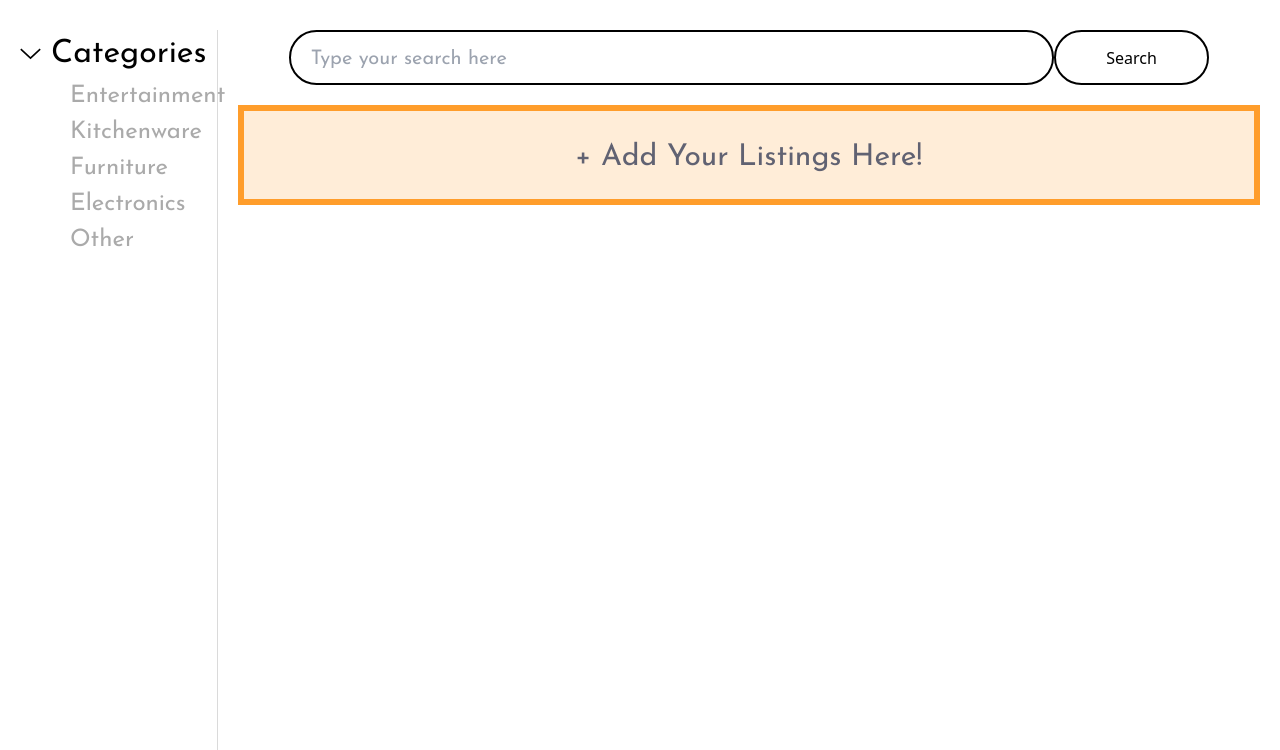
Repository: AdwaitSri/Kingston-Marketplace
Page: /listings (app in qhacks-24/)
An editor plug-in stored every save of this project. The page is shown before and after the next save, followed by the edit.
The browser window is 1280 px wide. The pictures show the whole page.
The project was rebuilt for these pictures with package versions that can differ from the ones it lists, and the page was loaded fresh each time. Also part of the build but not shown: qhacks-24/src/components/HomeNavbar.js, qhacks-24/src/pages/Home.js, qhacks-24/src/pages/Signup.js, qhacks-24/src/components/CreationNavbar.js, qhacks-24/src/pages/Creation.js, qhacks-24/src/pages/Item.js.

Above is the page before, as saved 2024-02-03 21:58:11.

After the next save:
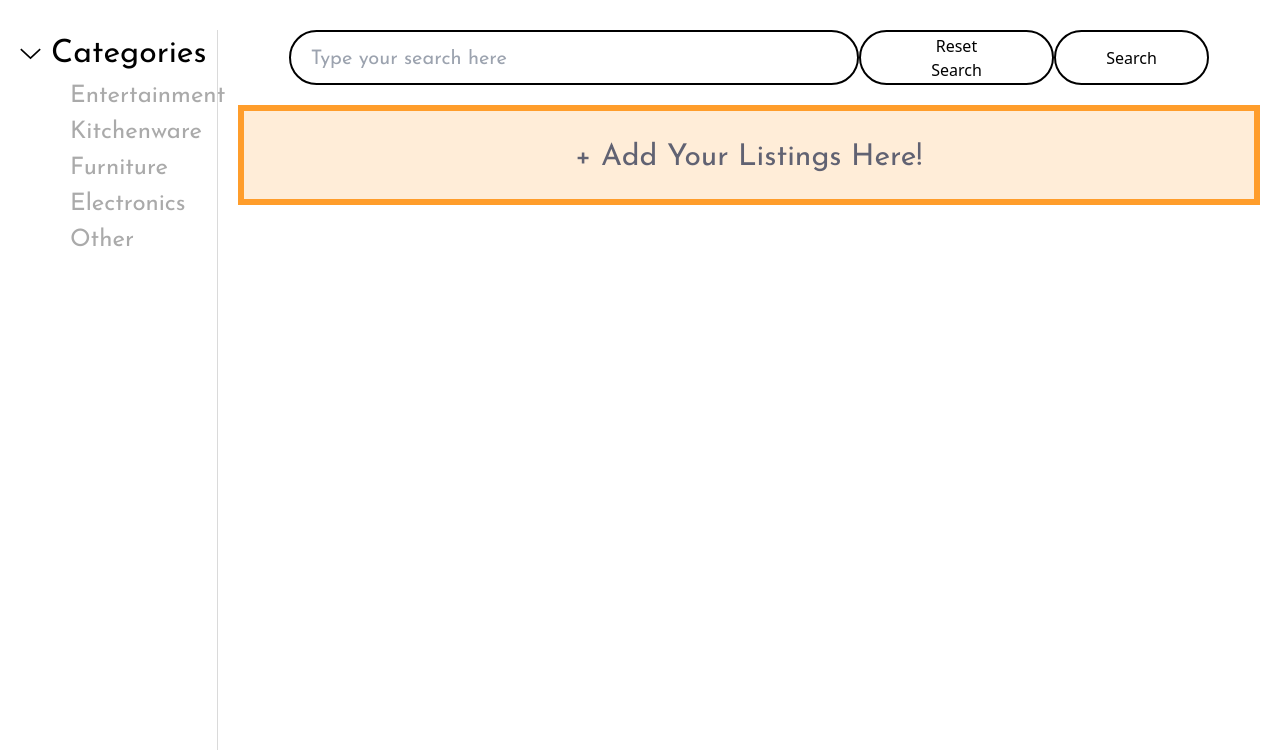
Saved 5 min 42 s later.
--- a/qhacks-24/src/pages/Listings.js
+++ b/qhacks-24/src/pages/Listings.js
@@ -65,9 +65,15 @@ export default function Listings() {
     }
 
     function handleSearchChange(event) {
+        event.preventDefault();
         if (event.key !== 'Enter') {
             setSearch(event.target.value);
         }
+    }
+
+    function handleResetSearch(event) {
+        event.preventDefault();
+        alert('resetted');
     }
 
     function getCondition(info) {
@@ -226,12 +232,13 @@ export default function Listings() {
                 <div className=" mx-[20px]">
                     <form className="w-[90%] mx-auto flex justify-between" onSubmit={handleSearchSubmit}>
                         <input
-                            className="border-2 border-black border-solid rounded-full w-[85%] pb-[10px] pl-[20px] pt-[13px] text-xl font-jose"
+                            className="border-2 border-black border-solid rounded-full w-[65%] pb-[10px] pl-[20px] pt-[13px] text-xl font-jose"
                             type="text"
                             name="search"
                             onChange={handleSearchChange}
                             placeholder="Type your search here"
                         />
+                        <button onClick={handleResetSearch} value="Reset" className="border-2 border-solid border-black rounded-full px-[50px]">Reset Search</button>
                         <button onClick={handleSearchSubmit} value="Search" className="border-2 border-solid border-black rounded-full px-[50px]">Search</button>
                     </form>
                 </div>
